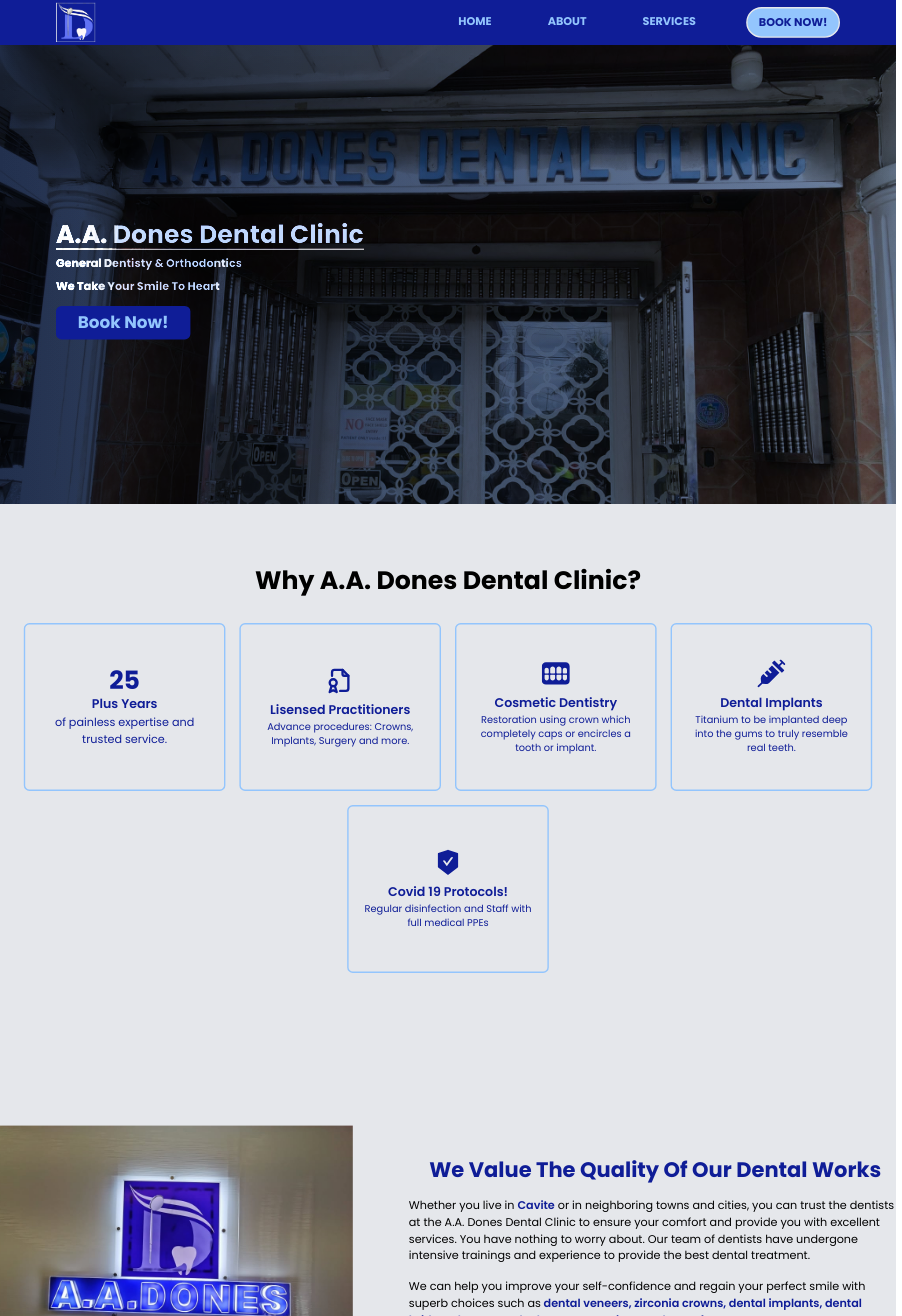
Repository: tom-abella/Dental-Clinic-Scheduler
Page: /
These files come from the project's save history. The page is drawn as it stood at one moment and after the next save; the edit follows.
The browser window is 1280 px wide. The page is 1288 px wide, so the pictures cover 1288 px, including what lies to the right of the window. The pictures show the part of the page from y = 0 to 1880 px (the page is 3264 px tall before and 3328 px after), at 70% of full size.
The project was rebuilt for these pictures with package versions that can differ from the ones it lists, and the page was loaded fresh each time. Also part of the build but not shown: vite.config.js.

Above is the page before, as saved 2023-06-16 12:51:38.

### index.html
<!DOCTYPE html>
<html lang="en">
  <head>
    <meta charset="UTF-8" />
    <meta name="viewport" content="width=device-width, initial-scale=1.0" />
    <link rel="shortcut icon" href="./src/assets/logo.jpg" type="image/x-icon">
    <!-- Poppins -->
    <link rel="preconnect" href="https://fonts.gstatic.com" crossorigin>
    <link href="https://fonts.googleapis.com/css2?family=Poppins:wght@400;600;700&display=swap" rel="stylesheet">
    <link rel="stylesheet" href="./src/index.css">
    <title>Dones Dental Clinic</title>
  </head>
  <body>
    <div id="root"></div>
    <script type="module" src="/src/main.jsx"></script>
  </body>
</html>

### src/App.jsx
import React from "react"
import Contact from "./components/Contact"
import Footer from "./components/Footer"
import Home from "./components/Home"
import NavigationBar from "./components/NavigationBar"
import Services from "./components/Services"
import Value from "./components/Value"

function App() {

  return (
    <div className="font-pop bg-gray-200">
      <NavigationBar />
      <Home />
      <Services />
      <Value />
      <Contact />
      <Footer />
    </div>

  )
}

export default App

### src/components/Contact.jsx
import 'react-phone-number-input/style.css'
import PhoneInput from 'react-phone-number-input'
import 'react-phone-number-input/style.css'
import { useState, React,useEffect } from 'react';

//firebase connection
import {collection, addDoc} from 'firebase/firestore'
import {db} from "../config/Firebase"

export default function Contact(){



const moviesCollectionRef = collection(db, "user")
//WRITING DATA ----------------------------------------------------
const [newName, setNewName] = useState()
const [newEmail, setNewEmail] = useState()
const [newContact, setNewContact] = useState()
const [newDate, setNewDate] = useState()
const [newTime, setNewTime] = useState()


const onSubmitMovie = async()=>{
    try{
    await addDoc(moviesCollectionRef, {
        name: newName,
        email: newEmail,
        contact: newContact,
        time: newTime,
        date: newDate
    })
    alert(" ✅ Booking Successful!")
    setNewName("")
    setNewEmail("")
    setNewContact("")
    setNewDate("")
    setNewTime("")

    }catch(err){
        alert(" ❌ Booking Failed!")
        window.location.reload();
        console.error(err)
}
}
    const handleSubmit = (event) =>{
        event.preventDefault()
        onSubmitMovie()


    }
    return(



        <div className="h-full min-h-screen flex justify-center items-center pb-10 lg:pb-0" id="contact">
            <div className="flex flex-col justify-center items-center lg:flex-row lg:justify-evenly w-full gap-10 lg:gap-20">
                <div className="flex w-80 md:w-128 border-2 border-darkBlue p-10 rounded-xl order-2 lg:order-1 bg-blue-300">

                    <form onSubmit={handleSubmit} className="flex flex-col gap-3 w-full" id="form">
                        <p className="uppercase text-center font-semibold">Booking Form</p>
                        <label htmlFor="name">Name: </label>
                        <input type="text" id="name" className="rounded-lg p-1 px-2" value={newName} placeholder='Enter your Name ...' onChange={(e)=>setNewName(e.target.value)}/>
                        <label htmlFor="email">Email: </label>
                        <input
                            type="email"
                            id="email"
                            className="rounded-lg p-1 px-2"
                            placeholder='Enter your Email ...'
                            value={newEmail}
                            onChange={(e)=> setNewEmail(e.target.value)}/>
                        <label htmlFor="contact" >Contact Number: </label>
                        <PhoneInput
                            placeholder="Enter Phone Number ..."
                            value={newContact}
                            onChange={setNewContact}
                            className="rounded-lg p-1 px-2"/>
                        <label htmlFor="date">Date: </label>
                        <input type="date"
                            id="date"
                            value={newDate}
                            onChange={(e)=>setNewDate(e.target.value)}
                            className="rounded-lg p-1 px-2"/>
                        <label htmlFor="time">Time: </label>
                        <input type="time"
                            id="time"
                            value={newTime}
                            onChange={(e)=>setNewTime(e.target.value)}
                            className="rounded-lg p-1 px-2"/>

                        <div className="w-full flex justify-center">
                        <button className="w-48 p-2 mt-2 rounded-lg bg-darkBlue text-blue-300 hover:text-darkBlue hover:bg-blue-200 cursor-pointer" type="submit">Submit</button>
                        </div>
                    </form>
                </div>

                {/* right */}
                <div className="flex justify-center items-center W-FULL order-1 lg:order-2">
                <iframe src="https://maps.google.com/maps?q=A.A.%20Dones%20Dental%20Clinic,%20Umboy,%20Tanza%20Cavite&amp;t=k&amp;z=20&amp;ie=UTF8&amp;iwloc=&amp;output=embed" id="gmap_canvas" frameBorder="0"  className="h-96 md:h-128 md:w-128 rounded-xl"></iframe>
                </div>
            </div>

        </div>
    )
}

### src/components/Footer.jsx
import React from "react"
import logo from "../assets/logo.jpg"
import {FaFacebookSquare, FaMobileAlt } from "react-icons/fa";
import {BsFillTelephoneFill } from "react-icons/bs";

export default function Footer(){

    return(
        <div className="h-96 bg-darkBlue text-blue-300 flex items-center justify-center">
             <ul className="flex flex-col gap-3 px-10 md:px-20 w-full justify-center text-center">
                <li className="flex items-center gap-10 justify-center">
                    <a href="https://ddc-admin.vercel.app" target={"_blank"}>
                        <img src={logo} alt="logo" className="w-20" />
                    </a>
                    <p className="text-2xl lg:text-4xl">A.A. Dones Dental Clinic</p>
                    </li>
                <li className="uppercase font-semibold text-center">
                We Take your Smile to Heart
                </li>
                <li className="flex items-center gap-4 justify-center">
                <a href="https://www.facebook.com/AADONES1992" target={"_blank"}><FaFacebookSquare size={35}/> </a>
                <a href="https://www.facebook.com/AADONES1992" target={"_blank"}><p>A.A. DONES Dental Clinic</p></a>
                </li>
                <li className="flex items-center gap-3 justify-center">
                    <BsFillTelephoneFill size={35}/>
                    <p>
                        (046) 437 - 8007 / 437 - 8022
                    </p>
                </li>
                <li className="flex items-center gap-2 justify-center">
                    <FaMobileAlt size={35}/>
                    <p>
                        Smart: 09194342293
                    </p>
                    <FaMobileAlt size={35}/>
                    <p>
                        Globe: 09532199638
                    </p>
                </li>
                <li className="border-t-2 flex justify-center">
                        <p>
                            © 2023 AA DDC. Design by TLNA.
                        </p>
                    </li>
             </ul>
        </div>
    )

}

### src/components/Home.jsx
import React from "react"
import cover from "../assets/cover.jpg"
import logo from "../assets/logo.jpg"
import {Link} from 'react-scroll'
export default function Home(){
    return(
        <div>
            <div className="h-screen w-full bg-gradient-to-r from-gray-900 to-gray-700 relative" id="home">
                <img src={cover} alt="" className="w-full h-full object-cover  object-top mix-blend-overlay absolute"/>
                <div className="flex justify-center md:justify-start text-center md:text-start items-center w-full h-full text-blue-100 font-bold text-2xl md:pl-20 pt-20">
                    <ul className="flex flex-col gap-2  items-center md:items-start">
                        <li className="h-32 w-32 md:hidden ">
                            <img src={logo} alt="logo"/>
                        </li>
                        <li className="text-4xl border-b-2">A.A. Dones Dental Clinic</li>
                        <li className="text-base">General Dentisty & Orthodontics</li>
                        <li className="text-base capitalize ">we take your smile to heart</li>
                       <button className=" w-48 py-2 mt-2 rounded-lg  z-10 bg-darkBlue text-blue-300 hover:text-darkBlue hover:bg-blue-300 cursor-pointer"> <Link to ="contact"spy={true} smooth={true} duration={500}>Book Now!</Link></button>
                    </ul>
                </div>
            </div>
        </div>
    )
}

### src/components/NavigationBar.jsx
import React from "react"
import logo from "../assets/logo.jpg"
import { FaHome} from "react-icons/fa";
import { MdHomeRepairService,MdPermDeviceInformation} from "react-icons/md";
import { AiOutlineSchedule} from "react-icons/ai";
import {Link} from 'react-scroll'
export default function NavigationBar(){

    return(
        <nav className=" flex items-center justify-center md:justify-between px-4 sm:px-20 h-16 w-full fixed z-20 bg-darkBlue"
        >
            <div className="w-14 hidden md:flex">
                <img src={logo} alt="logo"/>
            </div>
            <ul className="hidden md:flex gap-16 uppercase text-blue-300 font-bold">
                <Link to ="home"spy={true} smooth={true} duration={500}><li className="cursor-pointer hover:text-blue-100 p-2">home</li></Link>
                <Link to ="about"spy={true} smooth={true} duration={500}><li className="cursor-pointer hover:text-blue-100 p-2">about</li></Link>
                <Link to ="services"spy={true} smooth={true} duration={500}><li className="cursor-pointer hover:text-blue-100  p-2">services</li></Link>
                <Link to ="contact"spy={true} smooth={true} duration={500}><li className="cursor-pointer hover:text-blue-300 hover:bg-darkBlue hidden md:flex border-2 p-2 rounded-full px-1 lg:px-4 bg-blue-300 text-darkBlue">book now!</li></Link>
            </ul>
            <ul className="flex  md:hidden gap-5 uppercase text-blue-300 font-bold">
            <Link to ="home"spy={true} smooth={true} duration={500}>
                <li className="cursor-pointer hover:text-blue-100 p-2 flex flex-col text-xs items-center justify-center">
                <FaHome size={35}/>
                    <p>home</p>
                </li>
            </Link>
            <Link to ="about"spy={true} smooth={true} duration={500}>
                <li className="cursor-pointer hover:text-blue-100 pt-3 flex flex-col text-xs items-center justify-center">
                <MdPermDeviceInformation size={30}/>
                <p>
                    about
                </p>
                </li>
            </Link>
            <Link to ="services"spy={true} smooth={true} duration={500}>
                <li className="cursor-pointer hover:text-blue-100  p-2 flex flex-col text-xs items-center justify-center">
                <MdHomeRepairService size={35}/>
                <p>services</p>
                </li>
            </Link>
            <Link to ="form"spy={true} smooth={true} duration={500}>
                <li className="cursor-pointer hover:text-blue-100 pt-2 flex flex-col text-xs items-center justify-center">
                <AiOutlineSchedule size={35}/>
                <p>
                book now!
                </p>
                </li>
            </Link>
            </ul>
        </nav>
    )
}

### src/components/Services.jsx
import React from "react";
import { TbFileCertificate } from "react-icons/tb";
import { FaTeeth,FaSyringe } from "react-icons/fa";
import {AiFillSafetyCertificate } from "react-icons/ai";

export default function Services(){
    return(
    <div className="h-full min-h-screen flex flex-col justify-center w-full text-center items-center gap-10 md:gap-15 pt-10 pb-20 md:pb-0" id="about">
            <p className=" font-bold text-4xl mt-20 capitalize md:mt-0">Why A.A. Dones dental clinic?</p>
        <div className="flex flex-wrap justify-center items-center h-full gap-5">
            <div className="flex justify-center items-center text-center border-2 border-blue-300 text-darkBlue w-72 h-60 hover:bg-darkBlue rounded-lg hover:text-blue-300">
                <ul className="px-5">
                    <li className="text-4xl font-bold">25</li>
                    <li className="text-lg font-semibold capitalize">plus years</li>
                    <li>of painless expertise and trusted service.</li>
                </ul>
            </div>
            <div className="flex justify-center items-center text-center border-2 border-blue-300 text-darkBlue w-72 h-60 hover:bg-darkBlue rounded-lg hover:text-blue-300">
                <ul className="flex flex-col items-center px-5">
                    <li className="mb-2">
                    <TbFileCertificate size={40}/>
                    </li>
                    <li className="text-lg font-semibold capitalize">Lisensed Practitioners</li>
                    <li className="text-sm">Advance procedures: Crowns, Implants, Surgery and more.</li>
                </ul>
            </div>
            <div className="flex justify-center items-center text-center border-2 border-blue-300 text-darkBlue w-72 h-60 hover:bg-darkBlue rounded-lg hover:text-blue-300">
                <ul className = "flex flex-col items-center mx-5">
                    <li className="mb-2"><FaTeeth size={40}/></li>
                    <li className="text-lg font-semibold capitalize">cosmetic dentistry</li>
                    <li className="text-sm">Restoration using crown which completely caps or encircles a tooth or implant.</li>
                </ul>
            </div>
            <div className="flex justify-center items-center text-center border-2 border-blue-300 text-darkBlue w-72 h-60 hover:bg-darkBlue rounded-lg hover:text-blue-300">
                <ul className = "flex flex-col items-center mx-5">
                    <li className="mb-2"><FaSyringe size={40}/></li>
                    <li className="text-lg font-semibold capitalize">dental Implants</li>
                    <li className="text-sm">Titanium to be implanted deep into the gums to truly resemble real teeth.</li>
                </ul>
            </div>
            <div className="flex justify-center items-center text-center border-2 border-blue-300 text-darkBlue w-72 h-60 hover:bg-darkBlue rounded-lg hover:text-blue-300">
                <ul className = "flex flex-col items-center mx-5">
                    <li className="mb-2"><AiFillSafetyCertificate size={40}/></li>
                    <li className="text-lg font-semibold capitalize">Covid 19 protocols!</li>
                    <li className="text-sm">Regular disinfection and Staff with full medical PPEs</li>
                </ul>
            </div>
        </div>
    </div>
    )
}

### src/components/Value.jsx
import React from "react"
import hero from "../assets/hero.jpg"
export default function Value(){

    return(
        <div className="flex justify-center items-center flex-col h-full min-h-screen py-10" id="services">
            <div className="flex flex-col lg:flex-row lg:gap-20 " >
                <div className="w-80 lg:w-128 lg:h-128 flex items-center justify-center pb-0">
                    <img src={hero} alt="" />
                </div>
                <div className="flex w-80 lg:w-128 xl:w-130 lg:h-96">
                    <ul className="flex flex-col  justify-center items-center gap-5 lg:pt-20">
                        <li className=" font-bold text-3xl mt-10 capitalize lg:mt-0 text-darkBlue">
                            We value the quality
                            of our Dental Works
                        </li>
                        <li className="">
                        Whether you live in <span className=" text-darkBlue font-semibold">Cavite</span>  or in neighboring towns and cities, you can trust the dentists at the A.A. Dones Dental Clinic to ensure your comfort and provide you with excellent services. You have nothing to worry about. Our team of dentists have undergone intensive trainings and experience to provide the best dental treatment.
                        </li>
                        <li className="">
                        We can help you improve your self-confidence and regain your perfect smile with superb choices such as<span className=" text-darkBlue font-semibold"> dental veneers, zirconia crowns, dental implants, dental bridges, braces and other great services to choose from.</span>
                        </li>
                    </ul>
                </div>
            </div>
        </div>
    )
}

### src/config/Firebase.jsx

import { initializeApp } from "firebase/app";

//firestore
import {getFirestore } from 'firebase/firestore'

const firebaseConfig = {
    apiKey: "AIzaSyAaijQUz62-I1jFnrqcqUNt5tIuiDhhMWs",
    authDomain: "dones-dental-clinic.firebaseapp.com",
    projectId: "dones-dental-clinic",
    storageBucket: "dones-dental-clinic.appspot.com",
    messagingSenderId: "248191304214",
    appId: "1:248191304214:web:bc3336f8a607c636ba2b37",
    measurementId: "G-6MNXB3N12D"
};

// Initialize Firebase
const app = initializeApp(firebaseConfig);

//firestore
export const db = getFirestore(app);

### tailwind.config.cjs
/** @type {import('tailwindcss').Config} */
const colors = require('tailwindcss/colors');
module.exports = {
  content: [
    "./src/**/*.{js,jsx,ts,tsx}",
  ],
  theme: {

    extend: {
      colors: {
        darkBlue: "#0f1d97"
      },
      fontFamily:{
        'pop':['Poppins','sans-serif']
      },
      spacing: {
        '128': '32rem',
        '130': '44rem',
      }
    },
  },
  plugins: [],
}

Loaded but not shown: src/index.css (common file); src/main.jsx (common file)

After the next save:
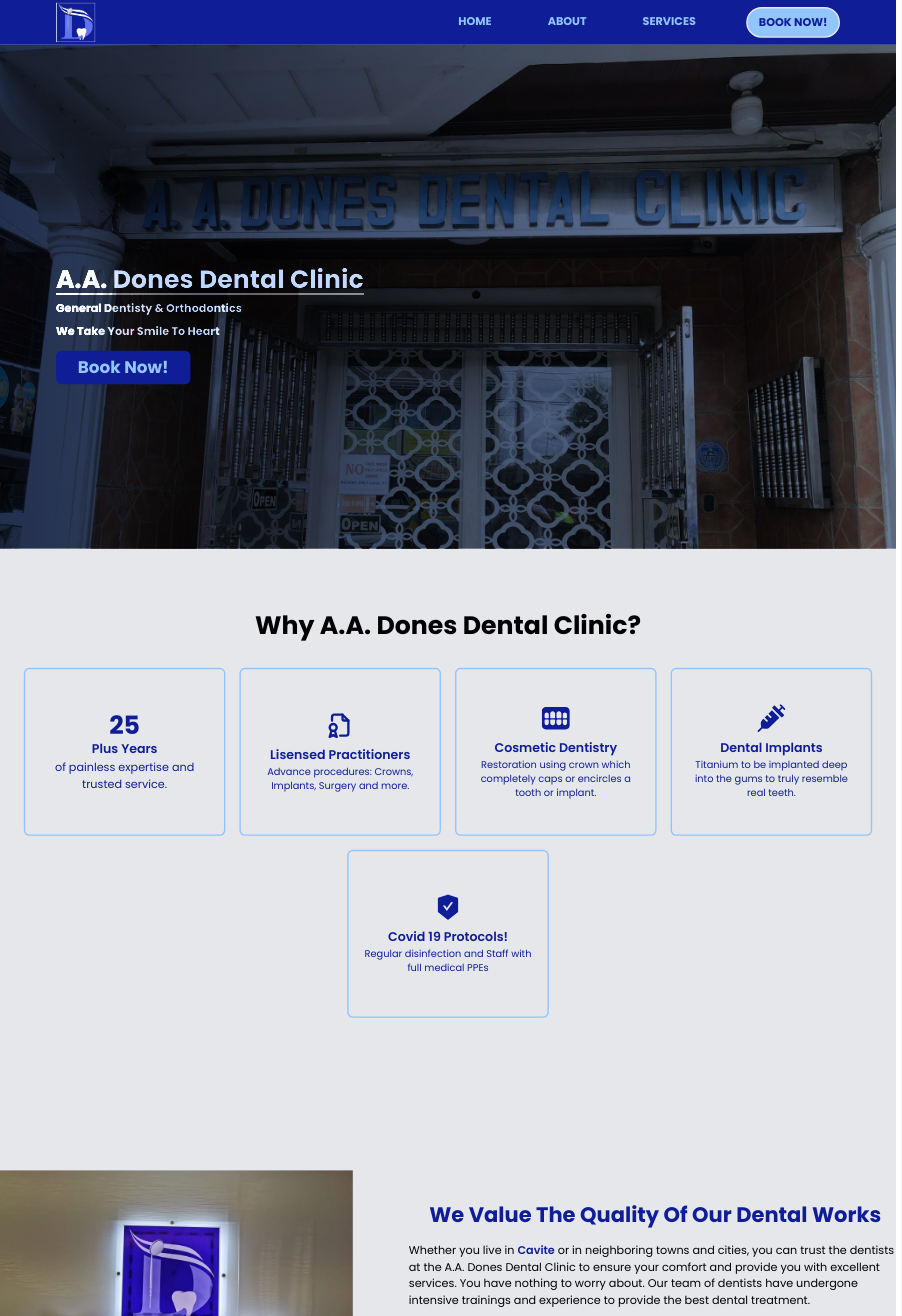
Saved 6 s later.
--- a/src/components/NavigationBar.jsx
+++ b/src/components/NavigationBar.jsx
@@ -7,7 +7,7 @@ import {Link} from 'react-scroll'
 export default function NavigationBar(){
 
     return(
-        <nav className=" flex items-center justify-center md:justify-between px-4 sm:px-20 h-16 w-full fixed z-20 bg-darkBlue"
+        <nav className=" flex items-center justify-center md:justify-between px-4 sm:px-20 h-16 w-full  z-20 bg-darkBlue"
         >
             <div className="w-14 hidden md:flex">
                 <img src={logo} alt="logo"/>
